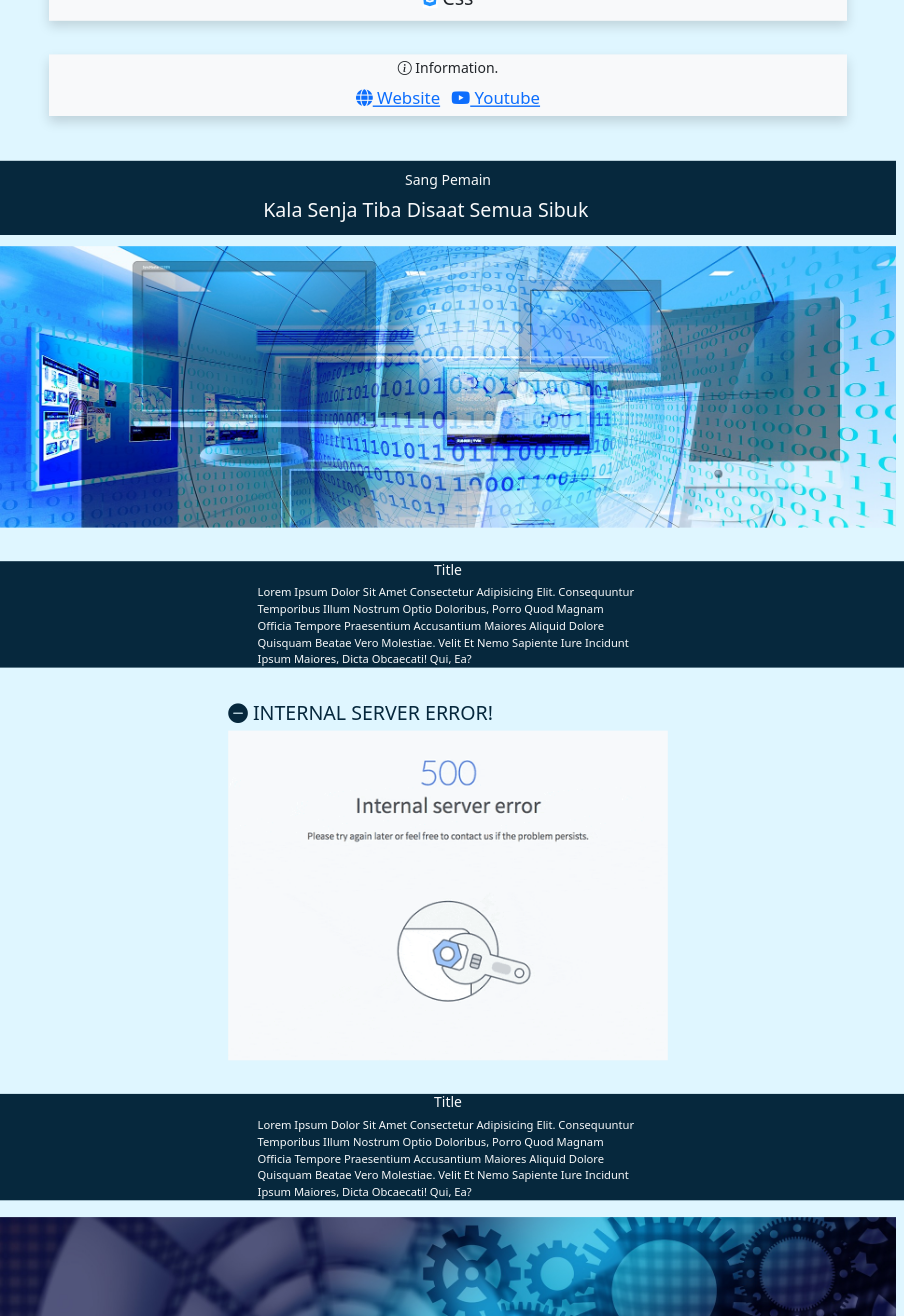
Repository: initer3737/initer3737.github.io
Page: index.html
An editor plug-in stored every save of this project. The page is shown before and after the next save, followed by the edit.
The browser window is 1280 px wide. The page is 1292 px wide, so the pictures cover 1292 px, including what lies to the right of the window. The pictures show the part of the page from y = 1184 to 3064 px (the page is 4121 px tall before and 4185 px after), at 70% of full size.
Some web libraries are served in a nearby version.

Above is the page before, as saved 2022-06-12 22:48:39.
Console error: TypeError: Cannot set properties of null (setting 'innerHTML')

After the next save:
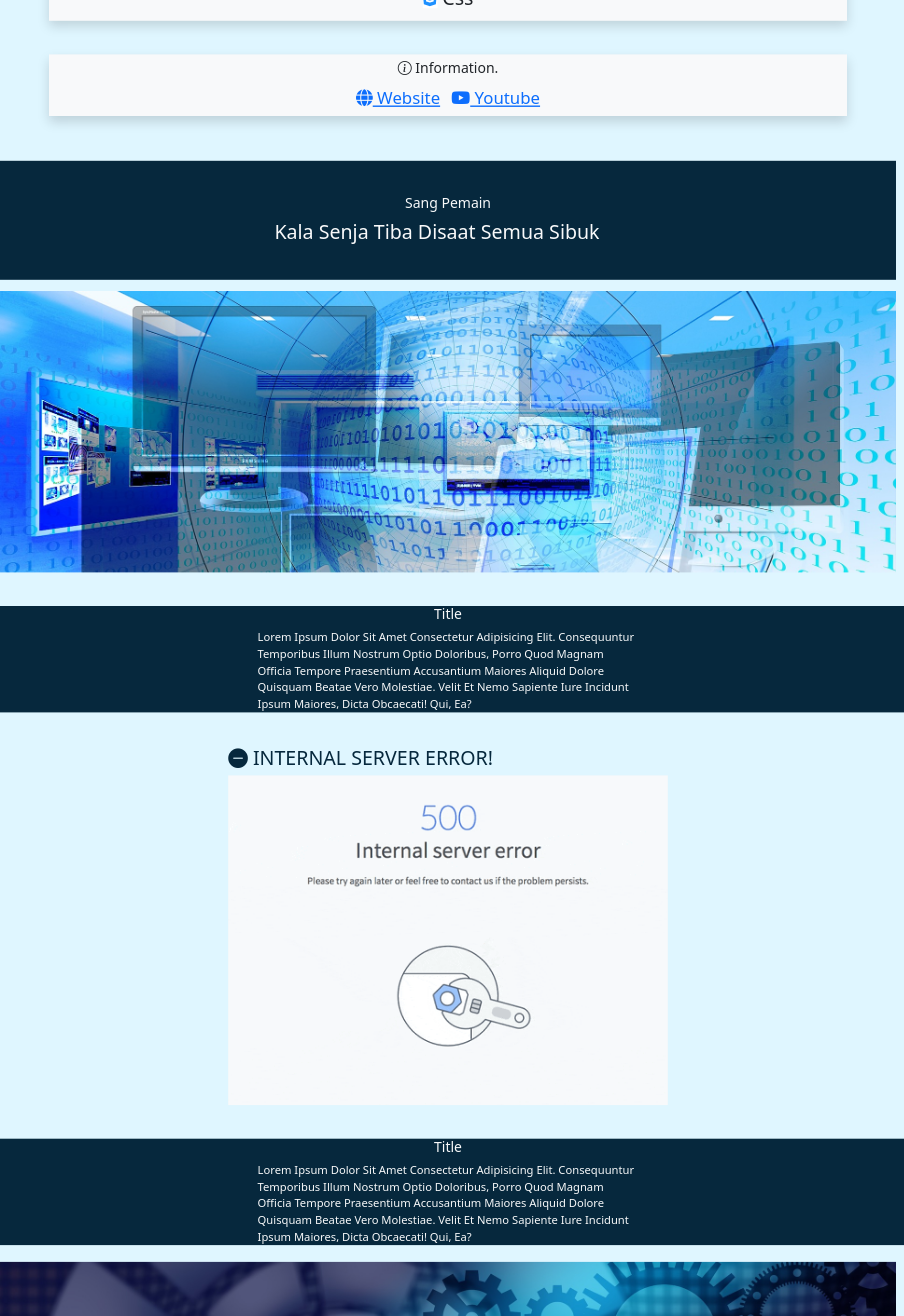
Saved 16 s later.
--- a/index.html
+++ b/index.html
@@ -83,7 +83,7 @@
     <footer class="mt-3 text-light">
        <div class="row">
         <div class="col-12">
-            <div class="col-12 mt-5 m-auto bg-4 text-light p-3">
+            <div class="col-12 mt-5 m-auto bg-4 text-light p-5">
                 <div class="text-center fw-bolder"><h5>sang pemain </h5></div>
                 <div class="text-start fs-3 px-5 col-12 col-md-6 m-auto">
                    kala senja tiba disaat semua sibuk
